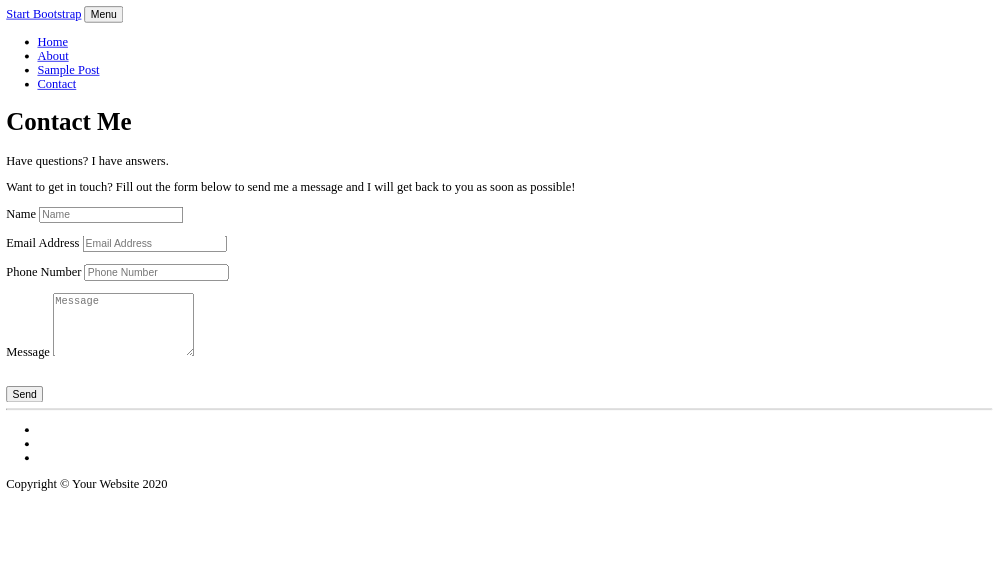
Repository: NomanMustafa/laravel-blog
Page: http://localhost/contect
These files come from the project's save history. The page is drawn as it stood at one moment and after the next save; the edit follows.
The browser window is 1280 px wide. The pictures show the whole page, at 78% of full size.
The page is served by the project's Laravel application, run on PHP 8.4 with Laravel 8.

Above is the page before, as saved 2020-07-04 17:21:28.

After the next save:
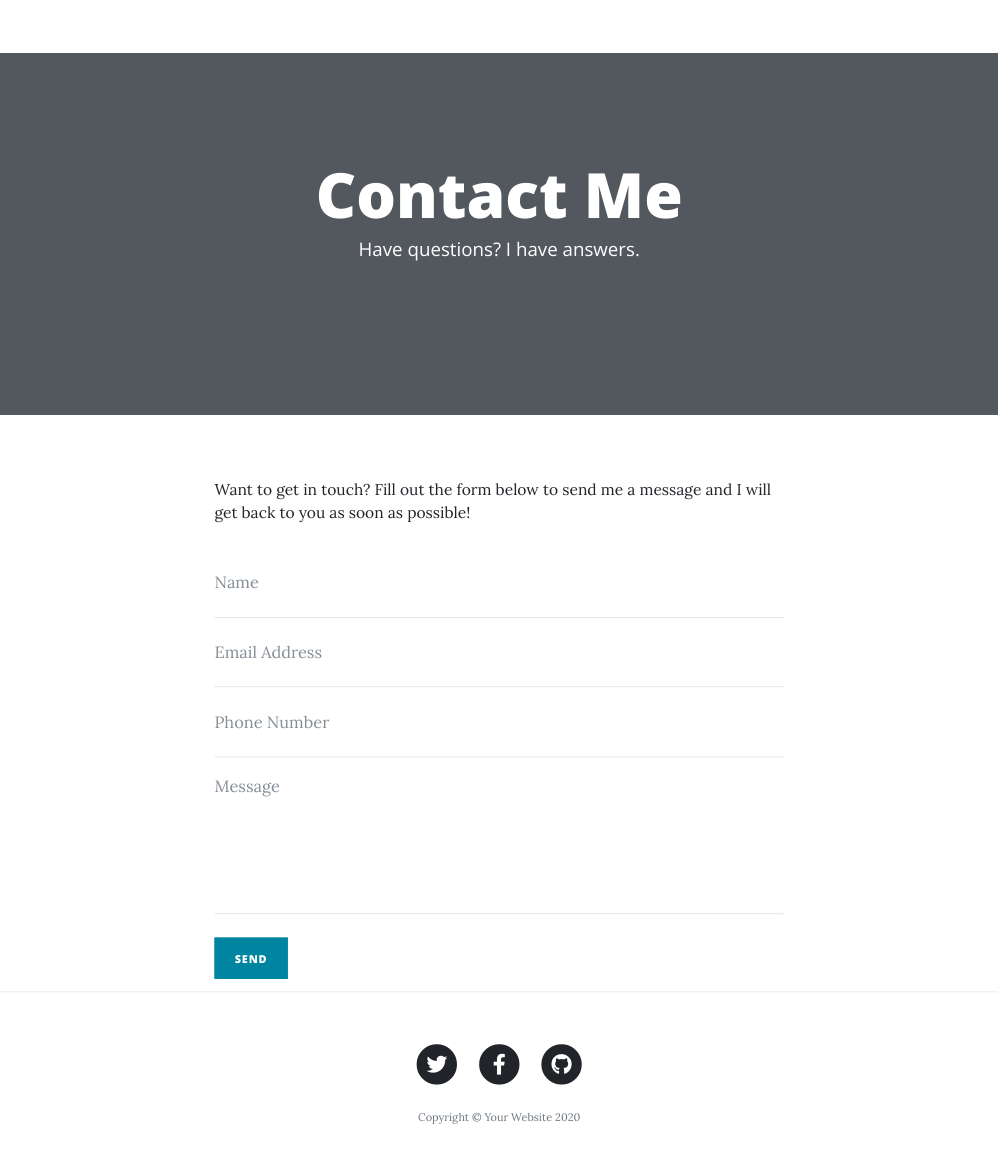
Saved 73 s later.
--- a/resources/views/contect.blade.php
+++ b/resources/views/contect.blade.php
@@ -1,56 +1,5 @@
-<!DOCTYPE html>
-<html lang="en">
-
-<head>
-
-  <meta charset="utf-8">
-  <meta name="viewport" content="width=device-width, initial-scale=1, shrink-to-fit=no">
-  <meta name="description" content="">
-  <meta name="author" content="">
-
-  <title>Clean Blog - Start Bootstrap Theme</title>
-
-  <!-- Bootstrap core CSS -->
-  <link href="vendor/bootstrap/css/bootstrap.min.css" rel="stylesheet">
-
-  <!-- Custom fonts for this template -->
-  <link href="vendor/fontawesome-free/css/all.min.css" rel="stylesheet" type="text/css">
-  <link href='https://fonts.googleapis.com/css?family=Lora:400,700,400italic,700italic' rel='stylesheet' type='text/css'>
-  <link href='https://fonts.googleapis.com/css?family=Open+Sans:300italic,400italic,600italic,700italic,800italic,400,300,600,700,800' rel='stylesheet' type='text/css'>
-
-  <!-- Custom styles for this template -->
-  <link href="css/clean-blog.min.css" rel="stylesheet">
-
-</head>
-
-<body>
-
-  <!-- Navigation -->
-  <nav class="navbar navbar-expand-lg navbar-light fixed-top" id="mainNav">
-    <div class="container">
-      <a class="navbar-brand" href="index.html">Start Bootstrap</a>
-      <button class="navbar-toggler navbar-toggler-right" type="button" data-toggle="collapse" data-target="#navbarResponsive" aria-controls="navbarResponsive" aria-expanded="false" aria-label="Toggle navigation">
-        Menu
-        <i class="fas fa-bars"></i>
-      </button>
-      <div class="collapse navbar-collapse" id="navbarResponsive">
-        <ul class="navbar-nav ml-auto">
-          <li class="nav-item">
-            <a class="nav-link" href="index.html">Home</a>
-          </li>
-          <li class="nav-item">
-            <a class="nav-link" href="about.html">About</a>
-          </li>
-          <li class="nav-item">
-            <a class="nav-link" href="post.html">Sample Post</a>
-          </li>
-          <li class="nav-item">
-            <a class="nav-link" href="contact.html">Contact</a>
-          </li>
-        </ul>
-      </div>
-    </div>
-  </nav>
+@extends('layouts.master')
+@section('content')
 
   <!-- Page Header -->
   <header class="masthead" style="background-image: url('img/contact-bg.jpg')">
@@ -111,57 +60,4 @@
       </div>
     </div>
   </div>
-
-  <hr>
-
-  <!-- Footer -->
-  <footer>
-    <div class="container">
-      <div class="row">
-        <div class="col-lg-8 col-md-10 mx-auto">
-          <ul class="list-inline text-center">
-            <li class="list-inline-item">
-              <a href="#">
-                <span class="fa-stack fa-lg">
-                  <i class="fas fa-circle fa-stack-2x"></i>
-                  <i class="fab fa-twitter fa-stack-1x fa-inverse"></i>
-                </span>
-              </a>
-            </li>
-            <li class="list-inline-item">
-              <a href="#">
-                <span class="fa-stack fa-lg">
-                  <i class="fas fa-circle fa-stack-2x"></i>
-                  <i class="fab fa-facebook-f fa-stack-1x fa-inverse"></i>
-                </span>
-              </a>
-            </li>
-            <li class="list-inline-item">
-              <a href="#">
-                <span class="fa-stack fa-lg">
-                  <i class="fas fa-circle fa-stack-2x"></i>
-                  <i class="fab fa-github fa-stack-1x fa-inverse"></i>
-                </span>
-              </a>
-            </li>
-          </ul>
-          <p class="copyright text-muted">Copyright &copy; Your Website 2020</p>
-        </div>
-      </div>
-    </div>
-  </footer>
-
-  <!-- Bootstrap core JavaScript -->
-  <script src="vendor/jquery/jquery.min.js"></script>
-  <script src="vendor/bootstrap/js/bootstrap.bundle.min.js"></script>
-
-  <!-- Contact Form JavaScript -->
-  <script src="js/jqBootstrapValidation.js"></script>
-  <script src="js/contact_me.js"></script>
-
-  <!-- Custom scripts for this template -->
-  <script src="js/clean-blog.min.js"></script>
-
-</body>
-
-</html>
+@endsection
